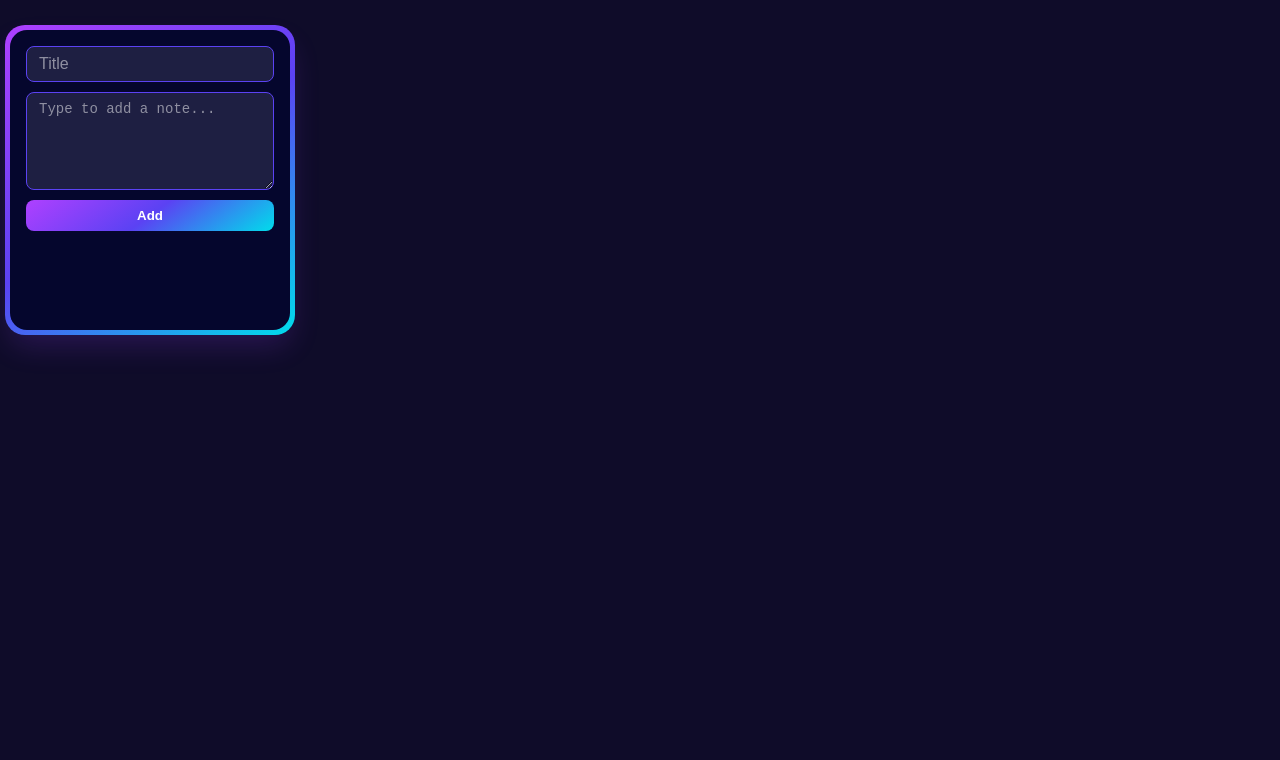
Repository: AJANI2005/Notes-App
Page: /
The author's editor kept a copy of each file at every save. The page is drawn from the files as they stood at one save, then again after the next save.
The browser window is 1280 px wide. The pictures show the whole page.
The project was rebuilt for these pictures with package versions that can differ from the ones it lists, and the page was loaded fresh each time. Also part of the build but not shown: vite.config.ts, src/style/dialogbox.css, src/DialogBox.tsx.

Above is the page before, as saved 2025-07-31 18:40:01.

### src/index.css
:root {
  font-family: system-ui, Avenir, Helvetica, Arial, sans-serif;
  font-synthesis: none;
  text-rendering: optimizeLegibility;
  -webkit-font-smoothing: antialiased;
  -moz-osx-font-smoothing: grayscale;
}

### src/App.tsx
import { useEffect, useState } from 'react';

// styles
import "./App.css"
import "./style/note.css"
import DialogBox from './DialogBox';


interface Note {
  id: number
  title: string;
  text: string;
}

const Note = () => {
  const [text, setText] = useState('');
  const [title, setTitle] = useState('');


  //Initialize Local Storage
  useEffect(() => {
    if (!localStorage.getItem("notes")) {
      localStorage.setItem("notes", JSON.stringify([]))
    }
    if (localStorage.getItem("title")) {
      setTitle(JSON.parse(localStorage.getItem("title")!))
    }
    if (localStorage.getItem("text")) {
      setText(JSON.parse(localStorage.getItem("text")!))
    }
  }, [])

  // Store Current Data (On Refresh)
  useEffect(() => {
    if (text === '' && title === '') return
    localStorage.setItem("title", JSON.stringify(title))
    localStorage.setItem("text", JSON.stringify(text))
  }, [text, title])

  const createNote = () => {
    const note = {
      id: Date.now(),
      title: title,
      text: text
    } as Note

    // add note
    const notes = JSON.parse(localStorage.getItem("notes")!)
    notes.push(note)
    localStorage.setItem("notes", JSON.stringify(notes))

    // reset state
    setTitle("")
    setText("")
    localStorage.setItem("title", JSON.stringify(""))
    localStorage.setItem("text", JSON.stringify(""))
  }

  return (
    <form className='note'>
      <div className="note-content">
        <input
          value={title}
          placeholder='Title'
          onChange={(e) => setTitle(e.target.value)}
          type="text" className='note-title-input' />
        <textarea
          value={text}
          onChange={(e) => setText(e.target.value)}
          className='note-input'
          placeholder='Type to add a note...'></textarea>
        <button className='addBtn' onClick={createNote}>Add</button>
      </div>

    </form>
  )
}

function App() {

  const [notes, setNotes] = useState([]);



  const [editing, setEditing] = useState(false);
  const [currentNote, setCurrentNote] = useState<Note | undefined>(undefined);


  //Initialize Local Storage
  useEffect(() => {
    if (localStorage.getItem("notes")) {
      setNotes(JSON.parse(localStorage.getItem("notes")!))
    }
  }, [])

  //Save current note
  const saveNote = () => {
    const notes = JSON.parse(localStorage.getItem("notes")!)
    const index = notes.findIndex((note: Note) => note.id === currentNote?.id)
    notes[index] = currentNote
    localStorage.setItem("notes", JSON.stringify(notes))
    setEditing(false)
    // refresh
    window.location.reload()
  }
  //Delete note
  const deleteNote = () => {
    const notes = JSON.parse(localStorage.getItem("notes")!)
    const index = notes.findIndex((note: Note) => note.id === currentNote?.id)
    notes.splice(index, 1)
    localStorage.setItem("notes", JSON.stringify(notes))
    setEditing(false)
    // refresh
    window.location.reload()
  }

  return (
    <div className='app'>
      <Note />
      {/* Display Notes */}
      <div className='notes-grid'>
        {notes.map((note: Note, index) => (
          <div key={index} className='note'>
            <div className='note-content'>
              <h2 className='note-title'>{note.title}</h2>
              <p className='note-text'>{note.text}</p>
              <button className='deleteBtn'
                onClick={deleteNote}>✖</button>
              <button className='editBtn' onClick={() => {
                setEditing(true);
                setCurrentNote(note);
              }}
              >📝</button>
            </div>
          </div>))}
      </div>

      {/* Edit Dialog Box */}
      <DialogBox isOpen={editing} onClose={() => setEditing(false)}>
        <form className='note'>
          <div className='note-content'>
            <input
              value={currentNote?.title}
              placeholder='Title'
              onChange={(e) => setCurrentNote({ ...currentNote, title: e.target.value } as Note)}
              type="text" className='note-title-input' />

            <textarea
              value={currentNote?.text}
              onChange={(e) => setCurrentNote({ ...currentNote, text: e.target.value } as Note)}
              className='note-input'
              placeholder='Type to add a note...'></textarea>

            <button className='addBtn' onClick={() => {
              saveNote()
              setEditing(false)
            }}>Save</button>
          </div>
        </form>
      </DialogBox>
    </div>
  )
}

export default App

### src/App.css
body {
  margin: 0;
  font-family: 'Inter', sans-serif;
   background-color: #0f0c29;
  min-height: 100vh;
  padding: 20px 0;
  color: white;
}

### src/style/note.css
/* Outer Note Card - gradient like .card */
.note {
  display: flex;
  flex-direction: column;
  padding: 5px; /* leave room for inner card content */
  width: 280px;
  height: 300px; /* optional fixed height for card-like look */
  border-radius: 20px;
  background-image: linear-gradient(144deg, #AF40FF, #5B42F3 50%, #00DDEB);
  box-shadow: rgba(151, 65, 252, 0.2) 0 15px 30px -5px;
  margin:5px;
  position: relative;
  transition: transform 0.2s ease;
}

.note:hover {
  transform: translateY(-3px);
}

/* Inner dark content like .card__content */
.note-content {
  background: rgb(5, 6, 45); /* dark inner content */
  border-radius: 17px;
  flex: 1;
  padding: 16px;
  display: flex;
  flex-direction: column;
  gap: 10px;
  padding-bottom: 50px; /* make space for delete/edit buttons */
  color: white;
  position: relative;
}

/* Title input */
.note-title-input {
  padding: 8px 12px;
  font-size: 16px;
  font-weight: 500;
  border-radius: 8px;
  border: 1px solid #5B42F3;
  background: rgba(255,255,255,0.1);
  color: white;
  outline: none;
  transition: 0.2s;
}

.note-title-input::placeholder {
  color: rgba(255,255,255,0.5);
}

.note-title-input:focus {
  border-color: #00DDEB;
}

/* Textarea input */
.note-input {
  min-height: 80px;
  resize: vertical;
  padding: 8px 12px;
  font-size: 14px;
  border-radius: 8px;
  border: 1px solid #5B42F3;
  background: rgba(255,255,255,0.1);
  color: white;
  outline: none;
  transition: 0.2s;
}

.note-input::placeholder {
  color: rgba(255,255,255,0.5);
}

.note-input:focus {
  border-color: #00DDEB;
}

/* Add Button - matches gradient theme */
.addBtn {
  background-image: linear-gradient(144deg, #AF40FF, #5B42F3 50%, #00DDEB);
  color: white;
  border: none;
  padding: 8px 12px;
  border-radius: 8px;
  font-weight: 600;
  cursor: pointer;
  transition: transform 0.2s ease;
}

.addBtn:hover {
  transform: scale(1.05);
}

/* Delete and Edit Buttons */
.deleteBtn,
.editBtn {
  position: absolute;
  bottom: 12px;
  border: none;
  padding: 6px 10px;
  font-size: 14px;
  border-radius: 6px;
  cursor: pointer;
  color: white;
  transition: transform 0.2s ease, background-color 0.2s ease;
}

.deleteBtn {
  left: 12px;
  background-color: #ff6b6b;
}

.deleteBtn:hover {
  background-color: #e63946;
  transform: scale(1.05);
}

.editBtn {
  left: 65px;
  background-color: #4ff10f;
  color: #111;
}

.editBtn:hover {
  background-color: #49d611;
  transform: scale(1.05);
}

/* Title of the note */
.note-title {
  font-size: 18px;
  font-weight: 600;
  color: white;
  margin-bottom: 8px;
}

/* Text content of the note */
.note-text {
  font-size: 14px;
  color: rgba(255,255,255,0.85);
  line-height: 1.5;
  white-space: pre-wrap; /* respect \n */
}

/* Grid for all notes */
.notes-grid {
  display: grid;
  grid-template-columns: repeat(auto-fill, minmax(250px, 1fr));
  gap: 20px;
  padding: 20px;
  justify-items: center;
}

Loaded but not shown: index.html (common file); src/main.tsx (common file)

After the next save:
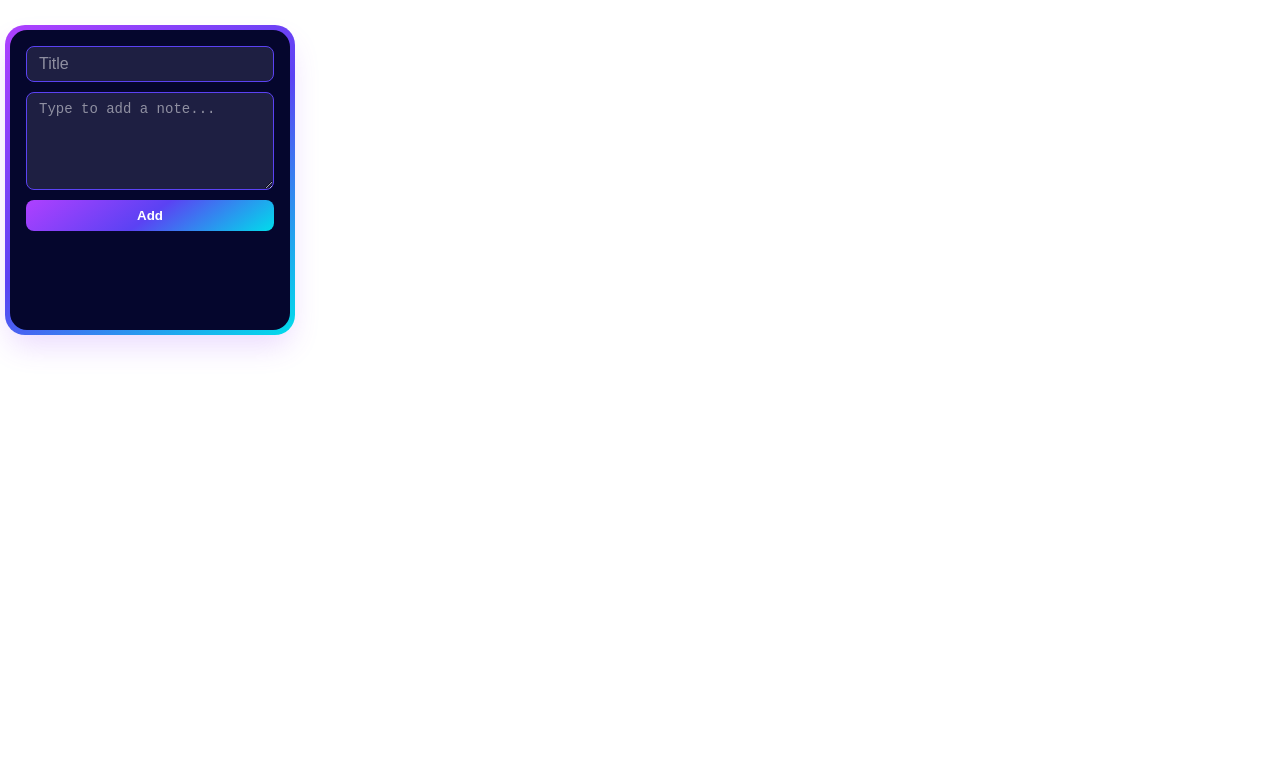
Saved 42 s later.
--- a/src/App.css
+++ b/src/App.css
@@ -1,8 +1,7 @@
 body {
-  margin: 0;
-  font-family: 'Inter', sans-serif;
-   background-color: #0f0c29;
-  min-height: 100vh;
-  padding: 20px 0;
-  color: white;
+    margin: 0;
+    font-family: 'Inter', sans-serif;
+    min-height: 100vh;
+    padding: 20px 0;
+    color: white;
 }
